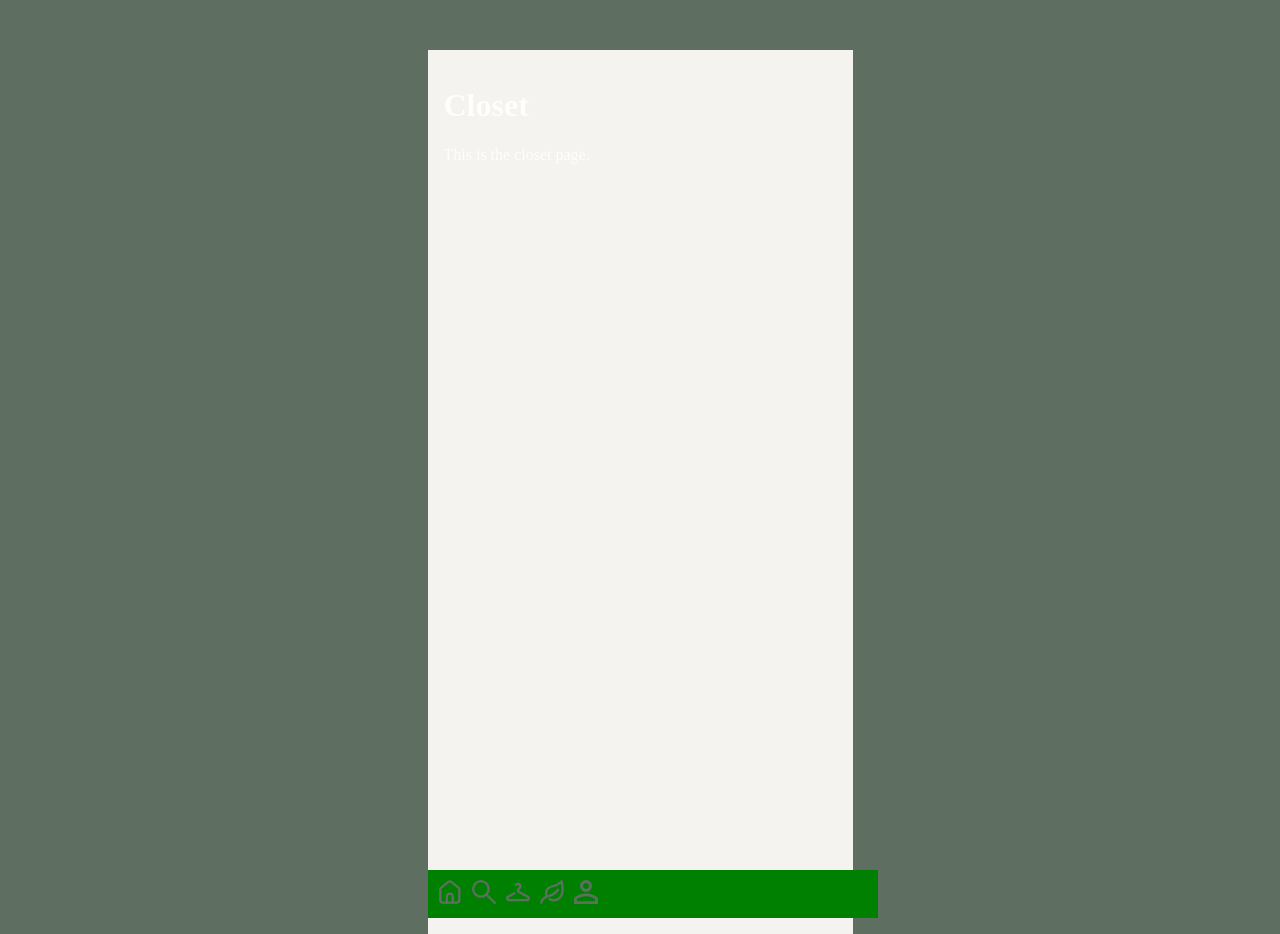
Repository: Strawb3rryjam/app-slotion
Page: /Closet
An editor plug-in stored every save of this project. The page is shown before and after the next save, followed by the edit.
The browser window is 1280 px wide. The pictures show the whole page.
The project was rebuilt for these pictures with package versions that can differ from the ones it lists, and the page was loaded fresh each time. Also part of the build but not shown: vite.config.js, src/App.css. Imported but missing from the stored project, and not drawn on this page: src/pages/Home.

Above is the page before, as saved 2025-05-05 09:26:45.

### src/main.jsx
import { StrictMode } from 'react'
import { createRoot } from 'react-dom/client'
import './index.css'

import { BrowserRouter } from 'react-router-dom'
import App from './App.jsx'

createRoot(document.getElementById('root')).render(
  <StrictMode>
    <BrowserRouter>
      <App />
    </BrowserRouter>
  </StrictMode>
)

### src/index.css
:root {
  color: rgba(255, 255, 255, 0.87);
}

body {
  width: 393px;
  min-height: 852px; /* Ensure the body has a minimum height */
  padding: 16px;
  margin: 0 auto;
  margin-top: 50px;
  background-color: #F5F3EF;
  position: relative;

}

html {
  height: 100%;
  background-color: #5E6F62;
}

### src/App.jsx
import './App.css'
import Home from './pages/Home'
import Closet from './pages/Closet'
import {Routes, Route} from 'react-router-dom'
import NavBar from './components/NavBar'


function App() {
  return (
    <div>
      <NavBar />
      <main className = "main-content">
        <Routes>
          <Route path = "/" element = {<Home />} />
          <Route path = "/closet" element = {<Closet />} />
        </Routes>
      </main>
    </div>

  )
}

export default App

### src/pages/Closet.jsx

function Closet() {
  return (
    <div>
      <h1>Closet</h1>
      <p>This is the closet page.</p>
    </div>
  );
}

export default Closet;

### src/components/NavBar.jsx
import { Link } from "react-router-dom";
import styles from "../css/NavBar.module.css";  // Use this to import styles

/*images*/
import homeIcon from "../assets/Home.svg";
import searchIcon from "../assets/search.svg";
import closetIcon from "../assets/Hanger.svg";
import tipsIcon from "../assets/leaf.svg";
import profileIcon from "../assets/Profile.svg";

function NavBar() {
    return (
        <nav className={styles.navbar}> {/* Use styles.navbar for CSS modules */}
            <div className={styles["navbar-links"]}> {/* Use styles for other classes */}
                <Link to="/" className={styles.Home}>
                    <img src={homeIcon} alt="Home" className={styles["nav-icon"]} />
                </Link>
                <Link to="/Search" className={styles.Search}>
                    <img src={searchIcon} alt="Search" className={styles["nav-icon"]} />
                </Link>
                <Link to="/Closet" className={styles.Closet}>
                    <img src={closetIcon} alt="Closet" className={styles["nav-icon"]} />
                </Link>
                <Link to="/Tips" className={styles.Tips}>
                    <img src={tipsIcon} alt="Tips" className={styles["nav-icon"]} />
                </Link>
                <Link to="/Profile" className={styles.Profile}>
                    <img src={profileIcon} alt="Profile" className={styles["nav-icon"]} />
                </Link>
            </div>
        </nav>
    );
}

export default NavBar;

### src/css/NavBar.module.css
.navbar {
    background-color: green;
    padding: 10px 0;
    width: 450px; /* Match the body width */
    position: absolute;  /* Position it at the bottom of the body */
    bottom: 16px;        /* 16px padding from the bottom */
    left: 0;             /* Align it to the left */
    display: flex;
    justify-content: flex-start; /* Align icons to the left */
  }

  .navbar-links {
    display: flex;
    justify-content: flex-start; /* Align icons to the left */
    align-items: center;         /* Vertically center the icons */
    width: 100%;
  }

  .nav-icon {
    width: 24px;  /* Adjust icon size */
    height: 24px;
    margin-left: 10px; /* Add space between the icons */
  }

Loaded but not shown: index.html (common file)

After the next save:
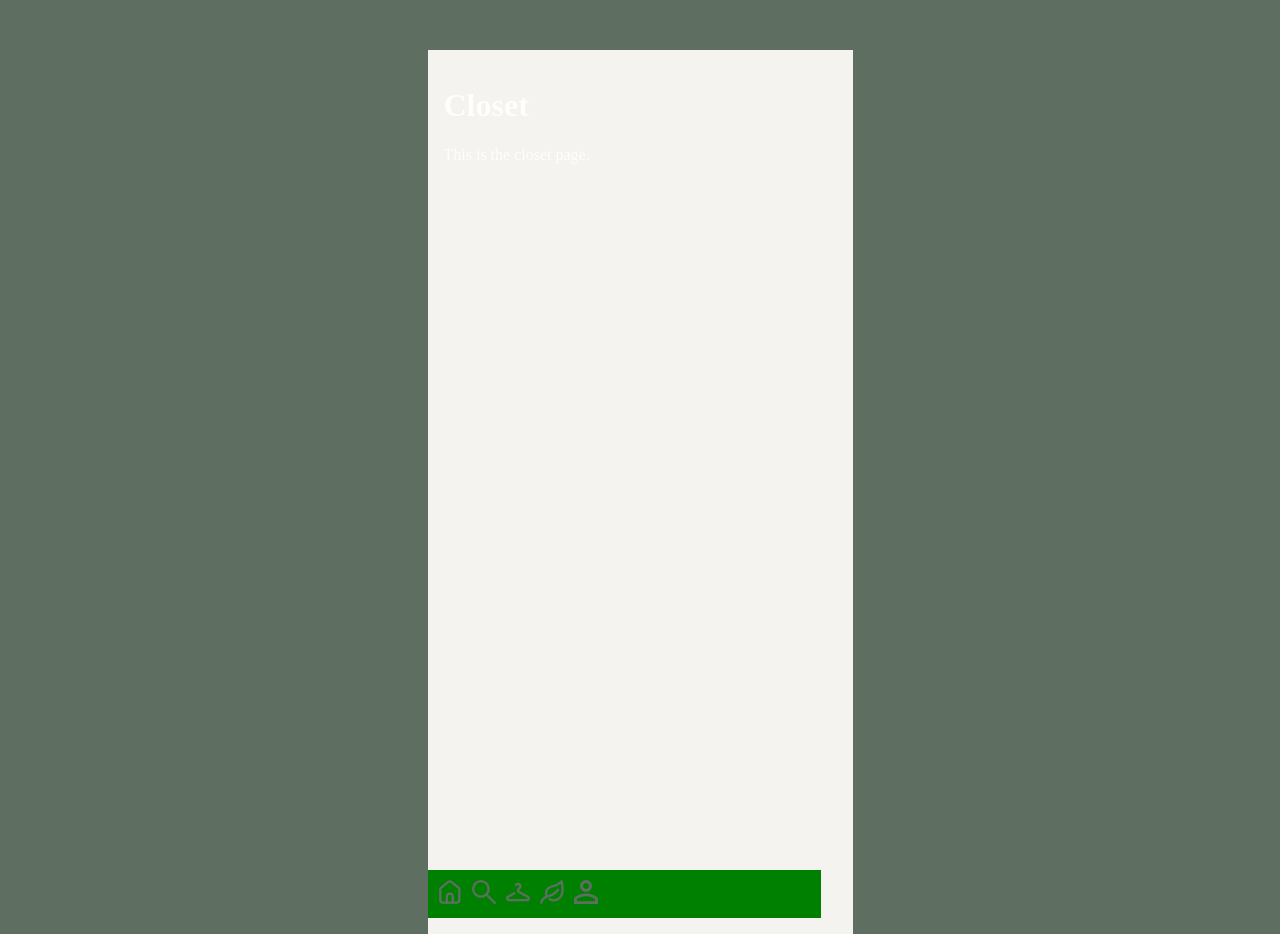
Saved 6 s later.
--- a/src/css/NavBar.module.css
+++ b/src/css/NavBar.module.css
@@ -1,7 +1,7 @@
 .navbar {
     background-color: green;
     padding: 10px 0;
-    width: 450px; /* Match the body width */
+    width: 393px; /* Match the body width */
     position: absolute;  /* Position it at the bottom of the body */
     bottom: 16px;        /* 16px padding from the bottom */
     left: 0;             /* Align it to the left */
